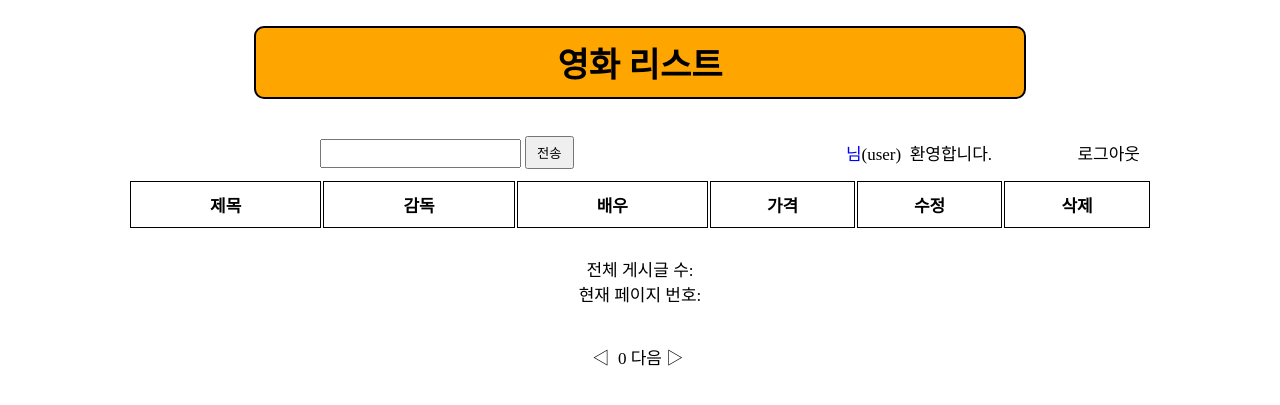
Repository: EverythingOfC/movie
Page: http://localhost/movie/movie/list.jsp
These files come from the project's save history. The page is drawn as it stood at one moment and after the next save; the edit follows.
The browser window is 1280 px wide. The pictures show the whole page.
The page is served by Tomcat 9. Nobody is signed in. The application's start-up code is not run. The template is opened directly, without the code that normally fills it, so the values that code supplies are empty.

Above is the page before, as saved 2023-01-03 09:47:51.

After the next save:
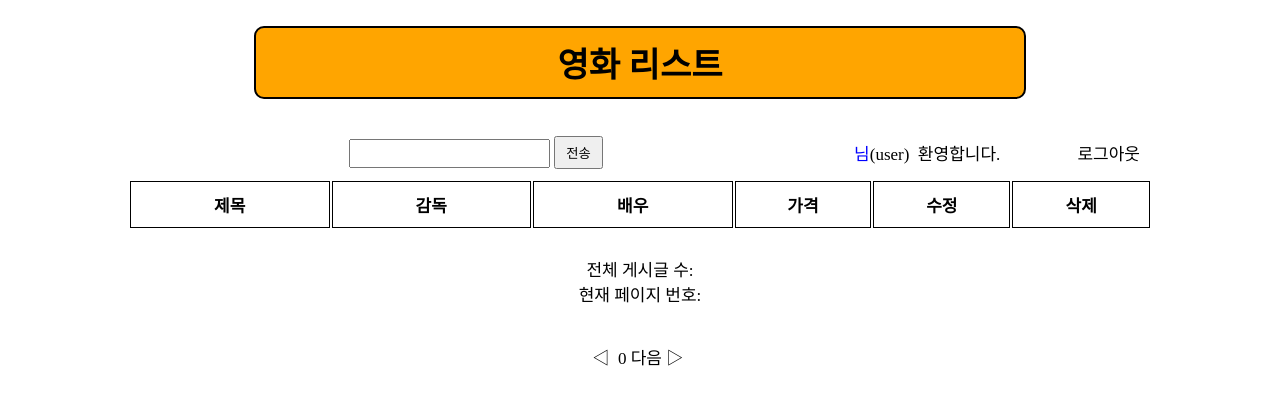
Saved 13 s later.
--- a/movie/src/main/webapp/movie/list.jsp
+++ b/movie/src/main/webapp/movie/list.jsp
@@ -19,7 +19,7 @@
 
 			<tr>
 				<td colspan="3" style="border:0; text-align:center;">
-				<form action="ms" method="get">&emsp;&emsp;&emsp;
+				<form action="ms" method="get">&emsp;&emsp;&emsp;&emsp;&emsp;
 					<input type="text" name="search" style="padding:5px 10px;">
 					<input type="submit" value="전송" style="padding:5px 10px;">
 				</form>
